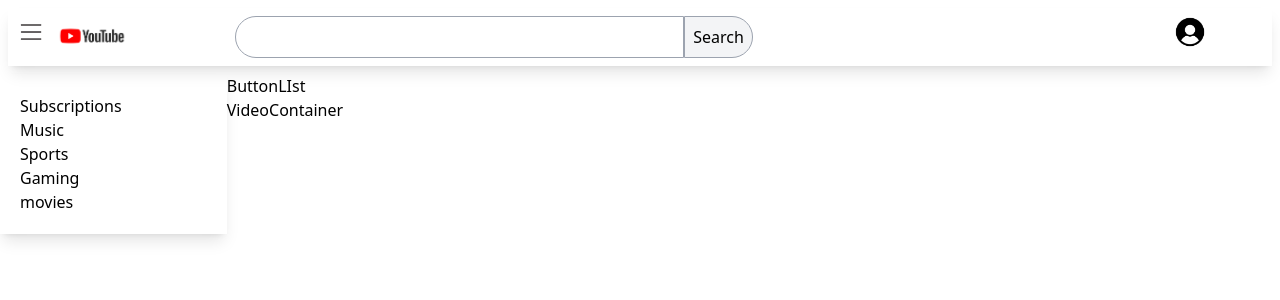
Repository: AmolPawar7181/namaste-youtube
Page: /watch
The author's editor kept a copy of each file at every save. The page is drawn from the files as they stood at one save, then again after the next save.
The browser window is 1280 px wide. The pictures show the whole page.
The project was rebuilt for these pictures with package versions that can differ from the ones it lists, and the page was loaded fresh each time. Also part of the build but not shown: vite.config.ts.

Above is the page before, as saved 2023-03-19 12:20:42.

After the next save:
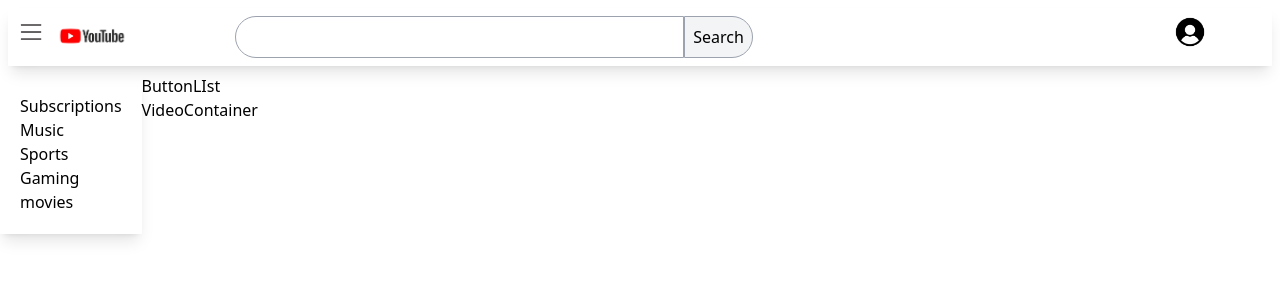
Saved 95 s later.
--- a/src/components/Body.tsx
+++ b/src/components/Body.tsx
@@ -4,7 +4,7 @@
 
 const Body = () => {
 	return (
-		<div className='grid grid-flow-col'>
+		<div className='flex'>
 			<SideBar />
 			<MainContainer />
 		</div>
